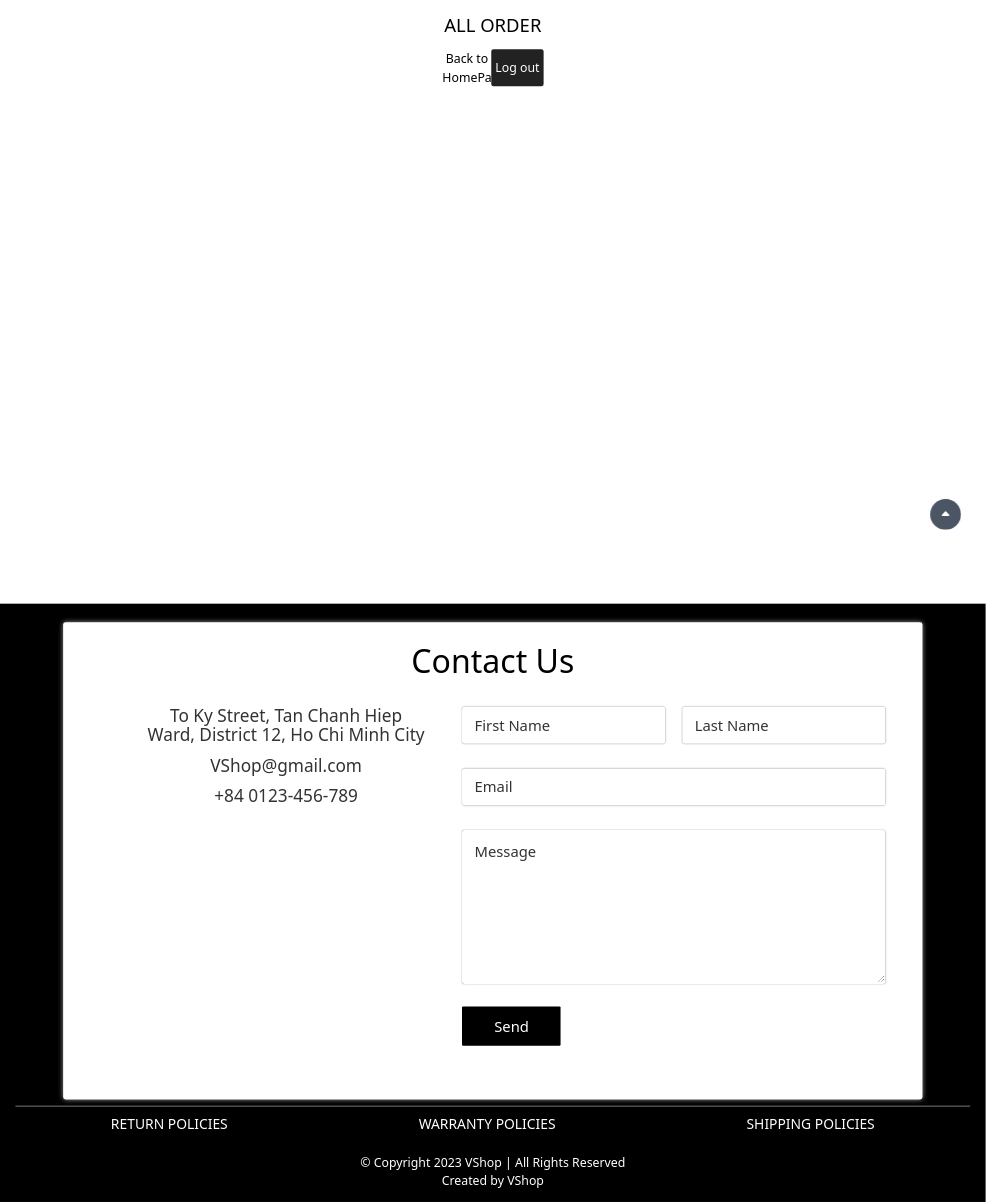
Repository: Kith933UTH/VSHOP
Page: /user
An editor plug-in stored every save of this project. The page is shown before and after the next save, followed by the edit.
The browser window is 1280 px wide. The pictures show the whole page, at 77% of full size.
Pictures or frames that could not be fetched are drawn as grey boxes. The project was rebuilt for these pictures with package versions that can differ from the ones it lists, and the page was loaded fresh each time. Also part of the build but not shown: src/components/product-item/ProductItem.js, src/components/loader/Loader.js, src/constants/constants.js, src/components/product-filters/Category.js, src/components/product-filters/Price.js, src/components/product-filters/Rating.js, src/components/product-filters/ProductFilters.js, src/components/cart-shopping/CartEmpty.js and 24 more.

Above is the page before, as saved 2023-08-05 23:02:14.

### public/index.html
<!DOCTYPE html>
<html lang="en">
  <head>
    <meta charset="utf-8" />
    <link rel="icon" href="./logo.png" />
    <meta name="viewport" content="width=device-width, initial-scale=1" />
    <meta name="theme-color" content="#000000" />
    <meta
      name="description"
      content="Web site created using create-react-app"
    />
    <link rel="apple-touch-icon" href="%PUBLIC_URL%/logo192.png" />
    <!--
      manifest.json provides metadata used when your web app is installed on a
      user's mobile device or desktop. See https://developers.google.com/web/fundamentals/web-app-manifest/
    -->
    <link rel="manifest" href="%PUBLIC_URL%/manifest.json" />
    <!--
      Notice the use of %PUBLIC_URL% in the tags above.
      It will be replaced with the URL of the `public` folder during the build.
      Only files inside the `public` folder can be referenced from the HTML.

      Unlike "/favicon.ico" or "favicon.ico", "%PUBLIC_URL%/favicon.ico" will
      work correctly both with client-side routing and a non-root public URL.
      Learn how to configure a non-root public URL by running `npm run build`.
    -->
    <title>VShop</title>
  </head>
  <body>
    <noscript>You need to enable JavaScript to run this app.</noscript>
    <div id="root"></div>
  </body>
</html>

### src/index.js
import React from 'react'
import ReactDOM from 'react-dom/client'
import App from './App'
import {Provider} from "react-redux"
import {BrowserRouter} from "react-router-dom"
import {store} from "./redux"
import './index.css'

const root = ReactDOM.createRoot(document.getElementById('root'))
root.render(
    <Provider store={store}>
        <BrowserRouter>
            <App />
        </BrowserRouter>
    </Provider>
)

### src/redux/index.js
import {configureStore} from "@reduxjs/toolkit"
import {productsApi} from "./products/products.api"
import {productReducer} from "./products/products.slice"
import {setupListeners} from "@reduxjs/toolkit/query"

export const store = configureStore({
    reducer: {
        [productsApi.reducerPath]: productsApi.reducer,
        product: productReducer
    },
    middleware: getDefaultMiddleware => getDefaultMiddleware().concat(productsApi.middleware)
})

setupListeners(store.dispatch)

### src/index.css
@tailwind base;
@tailwind components;
@tailwind utilities;

@layer utilities {
    input[type="number"]::-webkit-inner-spin-button,
    input[type="number"]::-webkit-outer-spin-button {
        @apply appearance-none;
    }
}

html, body {
    width: 100%;
    height: 100%;
}

body::-webkit-scrollbar,
.box-item::-webkit-scrollbar,
.search-box::-webkit-scrollbar{
    width: 8px;
}

main {
    display: flex;
    flex-direction: column;
    height: 100%;
}

body::-webkit-scrollbar-thumb,
.box-item::-webkit-scrollbar-thumb,
.search-box::-webkit-scrollbar-thumb{
    background-color: #ccc;
    border-radius: 20px;
}

#root {
    height: 100%;
}

body {
    overflow: hidden;
}

.productItem:hover {
    transition: opacity .3s linear;
    opacity: .5;
}

.box-item {
    height: 320px;
    overflow-y: scroll;
}

/* Loader */
.loader-box {
    width: 100px;
    height: 100px;
    display: flex;
    justify-content: center;
    align-items: center;
    margin: 50px auto 0;
}

.loader{
    position: relative;
    width: 70px;
    height: 70px;
}

.loader span {
    position: absolute;
    top:0;
    left: 0;
    width: 100%;
    height: 100%;
    transform: rotate(calc(18deg * var(--i)));
}

.loader span::before {
    content:'';
    position: absolute;
    top: 0;
    left: 0;
    width: 10px;
    height: 10px;
    background: #000;
    border-radius: 50%;
    transform: scale(0);
    animation: animate 2s linear infinite;
    animation-delay: calc(0.1s * var(--i));
}
@keyframes animate {
    0%{
        transform: scale(0);
    }
    10%{
        transform: scale(1.2);
    }
    80%,100%{
        transform: scale(0);
    }
}

### src/context/context.js
import {createContext} from "react"

export const Context = createContext()

### src/components/footer/Footer.js
import React from "react"
import { Contact } from "../contact/Contact"
import { Policy } from "../policy/Policy"
export function Footer() {
    return (
        <footer className='bg-black text-white in-h-fit'>
            {/* <div className='max-w-[1240px] mx-auto py-2 text-sm sm:text-base'>
                <div className='flex justify-center'>
                    <a href='https://github.com/VolodymyrGoshko/react-shop'
                       target='_blank'
                       rel="noreferrer"
                       className='capitalize border-b mb-3 text-base hover:text-gray-300 transition'
                    >
                        view source code on github
                    </a>
                </div>
                <div className='flex justify-center flex-col items-center'>
                    <p className='text-center'>© Copyright 2022 React Shop | All Rights Reserved</p>
                    <a href='https://www.linkedin.com/in/volodymyr-goshko-656ab920b/'
                       target="_blank"
                       rel="noreferrer"
                       className='hover:text-gray-300 transition'
                    >
                        Created by Volodymyr Goshko
                    </a>
                </div>
            </div> */}
            <Contact />
            <Policy />
            <div className='flex justify-center flex-col items-center my-4'>
                    <p className='text-center'>© Copyright 2023 VShop | All Rights Reserved</p>
                    <a href='#' className='hover:text-gray-300 transition' >
                        Created by VShop
                    </a>
                </div>
        </footer>
    )
}

### src/components/btn-scroll/BtnScroll.js
import React from "react"
import {FontAwesomeIcon} from "@fortawesome/react-fontawesome"
import {faCaretUp} from "@fortawesome/free-solid-svg-icons"

export function BtnScroll() {
    const topClick = () => {
        const body = document.querySelector('body').getBoundingClientRect().top + window.scrollY
        window.scroll({
            top: body,
            behavior: 'smooth'
        })
    }

    return (
        <button
            className='fixed bottom-8 right-4 bg-gray-600 text-white rounded-full w-[30px] h-[30px] md:w-[40px] md:h-[40px] md:right-8 md:bottom-8 z-20 shadow-gray-600'
            onClick={topClick}
        >
            <FontAwesomeIcon icon={faCaretUp}/>
        </button>
    )
}

### src/components/user/User.js
import React from "react"
import {useDispatch, useSelector} from "react-redux"
import { useNavigate} from "react-router-dom"
import { OrderItem } from "./OrderItem"
import { toggleLogin } from "../../redux/products/products.slice"

export function User() {
    const dispatch = useDispatch()
    const navigate = useNavigate()
    const {cart, order} = useSelector(state => state.product)
    const totalPrice = (items) => {
        let price = 0
        items.forEach(item => price += item.price * item.quantity)
        return Math.round(price * 100) / 100
    }
    const handleLogOut = () => {
        dispatch(toggleLogin(false))
        navigate('/')
    }
    const handleBack = () => {
        navigate('/')
    }

    return (
        <>
        <div className="text-2xl font-medium text-center py-4">ALL ORDER</div>
        <div className={`min-w-[400px] min-h-screen flex flex-col items-center ${cart.length > 2 ? 'box-item' : ''}`}>
            {!order
            ? 'No order yet'
            : order.map((items, index) =>
            <div key={index} className="border-2 rounded border-black mb-10 w-4/5">
                <div className="text-2xl font-medium pl-2 border-b-2"> Order {index + 1} </div>
                {items.map(item => <OrderItem key={item.id} item={item}/>)}
                <div className='mr-0 sm:mr-4 font-semibold flex justify-end'>
                    <span className='text-base sm:text-xl my-2'>Total:  </span>
                    <span className='text-base sm:text-xl my-2 ml-4'>{totalPrice(items)} $</span>
                </div>
            </div>
            )}
            <div className="flex ">
                <button  className="w-16" onClick={handleBack}>Back to HomePage</button>
                <button id="sub_btn" onClick={handleLogOut}>Log out</button>
            </div>
        </div>
        </>
    )
}

### src/redux/products/products.api.js
import {createApi, fetchBaseQuery} from "@reduxjs/toolkit/query/react"

export const productsApi = createApi({
    reducerPath: 'products/api',
    baseQuery: fetchBaseQuery({
        baseUrl: 'https://fakestoreapi.com'
    }),
    // refetchOnFocus: true,
    endpoints: build => ({
        getProductsAll: build.query({
            query:() => ({
                url: '/products'
            })
        }),
        getProductById: build.query({
            query:(id) => ({
                url: `/products/${id}`
            })
        }),
        getProductByCategory: build.query({
            query:(category) => ({
                url: `/products/category/${category}`
            })
        })
    })
})

export const {
    useGetProductsAllQuery,
    useGetProductByIdQuery,
    useGetProductByCategoryQuery
} = productsApi

### src/components/policy/Policy.js
import React from "react"
import { Link } from "react-router-dom"
export function Policy() {
    return (
        <div className='text-white in-h-fit max-w-[1240px] mx-auto py-2 text-sm sm:text-base flex justify-around items-cente'>
            <Link className='text-lg font-medium text-center' to='/return-policy'>
                RETURN POLICIES
            </Link>
            <Link className='text-lg font-medium text-center' to='/warranty-policy'>
                WARRANTY POLICIES
            </Link>
            <Link className='text-lg font-medium text-center' to='/shipping-policy'>
                SHIPPING POLICIES
            </Link>
        </div>
    )
}

### src/components/login/index.css
/* .m-5-auto {
    margin: 5rem auto
} */

.primary-button {
    margin-top: 5rem;
    margin-right: 1rem;
    padding: .6rem;
    width: 10rem;
    background: #222;
    border: none;
    color: #fff;
    font-size: 1.2rem;
    transition: all .5s;
    cursor: pointer;
    text-transform: capitalize
}

/***    Landing Page     ***/
.main-title,
.main-para {
    color: #f1f1f1
}

.main-title {
    padding-top: 10rem;
    font-size: 5rem;
    font-family: 'Fascinate', cursive;
    text-transform: uppercase
}

.main-para {
    font-size: 2.5rem;
    text-Transform: capitalize
}

#reg_btn span {
    display: inline-block;
    position: relative;
    transition: 0.5s;
}

#reg_btn span:after {
    content: '\00bb';
    position: absolute;
    opacity: 0;
    top: 0;
    right: -20px;
    transition: 0.5s;
}

#reg_btn:hover span {
  padding-right: 25px;
}

#reg_btn:hover span:after {
  opacity: 1;
  right: 0;
}

/***    Login Page     ***/
.login-page h2 {
    font-weight: 700;
    font-size: 1.9rem;
}
.login-page {
    position: fixed;
    top: 0;
    left: 0;
    right: 0;
    bottom: 0;
    z-index: 10;
    background-color: white;
    padding-top: 100px;
}

.login-page form {
    display: inline-block;
    background: #f3f3f3;
    border: 1px solid #ddd;
    border-radius: 2px;
    padding: 2rem;
    margin: 2rem 0 1rem 0
}

.login-page form label {
    float: left;
    font-size: .9rem;
    margin: 0;
    padding: 0
}

.right-label {
    float: right;
    cursor: pointer
}

.login-page input {
    width: 15rem;
    padding: .3rem;
    border-radius: 5px;
    outline: none;
    border: none
}

#sub_btn {
    display: block;
    width: 100%;
    padding: .3rem;
    border: none;
    background: #222;
    color: #fff;
    border-radius: 3px;
}

#sub_btn:hover {
    background: #333;
    transition: all .5s
}

/* footer p {
    margin: 0;
    font-size: .9rem
} */

/***    Register Page     ***/
#checkbox {
    width: 1rem
}

form span {
    font-size: .8rem
}

#reset_pass_lbl {
    float: left
}

/***    Home Page     ***/
.home-page-title {
    color: #222
}


.register-page input {
    width: 15rem;
    padding: .3rem;
    border-radius: 5px;
    outline: none;
    border: none
}

.register-page h2 {
    font-weight: 700;
    font-size: 1.9rem;
}
.register-page {
    position: fixed;
    top: 0;
    left: 0;
    right: 0;
    bottom: 0;
    z-index: 10;
    background-color: white;
    padding-top: 100px;
}

.register-page form {
    display: inline-block;
    background: #f3f3f3;
    border: 1px solid #ddd;
    border-radius: 2px;
    padding: 2rem;
    margin: 2rem 0 1rem 0
}

.register-page form label {
    float: left;
    font-size: .9rem;
    margin: 0;
    padding: 0
}

### src/components/contact/index.css
.contact-section {
    /* height: 96vh; */
    width: 100%;
    border-bottom: 1px solid #999;
}

.form-area {
    position: relative;
    /* height:84vh; */
    width: 100%;
    background: black;
    -webkit-box-sizing: border-box;
    box-sizing: border-box;
}

.form-area .form-wrap {
    /* position: absolute; */
    /* left: 50%;
    -webkit-transform: translateX(-50%);
    -ms-transform: translateX(-50%);
    transform: translateX(-50%); */
    width: 1120px;
    background-color: white;
    background-size: cover;
    background-position: center;
    border-radius: 0.2rem;
    -webkit-box-sizing: border-box;
    box-sizing: border-box;
    -webkit-box-shadow: 0 0 0.4rem 0 #999;
    box-shadow: 0 0 0.4rem 0 #999;
}

.form-wrap .title {
    padding-top: 2.4rem;
    width: 100%;
    -webkit-box-sizing: border-box;
    box-sizing: border-box;
}

.form-wrap .title h1 {
    color: black;
    font-size: 2.6rem;
    text-align: center;
}

.form-wrap .contact-area {
    padding-top: 3rem;
    display: -webkit-box;
    display: -ms-flexbox;
    display: flex;
    width: 100%;
    height: auto;
    -webkit-box-sizing: border-box;
    box-sizing: border-box;
}

.contact-area .contact-info {
    display: flex;
    flex-direction: column;
    justify-content: center;
    align-items: center;
    width: 35%;
    height: 100%;
    margin-left: 6rem;
}

.contact-info>div {
    margin-bottom: 1rem;
    display: -webkit-box;
    display: -ms-flexbox;
    display: flex;
    -webkit-box-align: center;
    -ms-flex-align: center;
    align-items: center;
}

.contact-info>div>p {
    color: #333;
    font-size: 1.4rem;
    font-weight: 500;
    text-align: center;
}

.contact-info>div>span {
    color: #61790a;
    font-size: 2rem;
    margin-right: 0.8rem;
}

.contact-area .contact-form {
    display: -webkit-box;
    display: -ms-flexbox;
    display: flex;
    -webkit-box-orient: vertical;
    -webkit-box-direction: normal;
    -ms-flex-direction: column;
    flex-direction: column;
    width: 60%;
    height: auto;
    padding: 0 3rem;
    -webkit-box-sizing: border-box;
    box-sizing: border-box;
}

.contact-form .name-field {
    display: -webkit-box;
    display: -ms-flexbox;
    display: flex;
    -webkit-box-pack: justify;
    -ms-flex-pack: justify;
    justify-content: space-between;
}

.name-field .input-area {
    width: 48%;
}

.contact-form .input-area {
    position: relative;
    margin-bottom: 2rem;
}

.input-area input {
    height: 3rem;
    width: 100%;
    color: #333;
    font-size: 1.2rem;
    border: 2px solid #fff;
    border-radius: 0.2rem;
    /* background: #eff; */
    -webkit-box-shadow: 0 0 0.1rem #666;
    box-shadow: 0 0 0.1rem #666;
    outline: none;
    padding: 0 1rem;
    -webkit-box-sizing: border-box;
    box-sizing: border-box;
    -webkit-transition: all 0.3s ease;
    -o-transition: all 0.3s ease;
    transition: all 0.3s ease;
}

.input-area label {
    position: absolute;
    top: 50%;
    left: 1rem;
    -webkit-transform: translateY(-50%);
    -ms-transform: translateY(-50%);
    transform: translateY(-50%);
    color: #333;
    font-size: 1.2rem;
    font-weight: 500;
    -webkit-transition: all 0.3s ease;
    -o-transition: all 0.3s ease;
    transition: all 0.3s ease;
}

.input-area input:focus~label,
.input-area input:valid~label {
    top: -0.8rem;
    left: 0;
    color: #fff;
    background: #111;
    border-radius: 5px;
    padding: 0.2rem;
    font-size: 1rem;
}

.contact-form .message-area {
    position: relative;
    -webkit-box-flex: 1;
    -ms-flex: 1 1 auto;
    flex: 1 1 auto;
    height: 200px;
    width: 100%;
}

.message-area textarea {
    height: 100%;
    width: 100%;
    border: 2px solid #fff;
    outline: none;
    font-size: 1.2rem;
    padding: 1rem;
    color: #333;
    -webkit-box-sizing: border-box;
    box-sizing: border-box;
    -webkit-box-shadow: 0 0 0.1rem #666;
    box-shadow: 0 0 0.1rem #666;
    border-radius: 0.2rem;
    resize: vertical;
    -webkit-transition: all 0.3s ease;
    -o-transition: all 0.3s ease;
    transition: all 0.3s ease;
}

.message-area label {
    position: absolute;
    color: #333;
    font-weight: 500;
    font-size: 1.2rem;
    top: 1rem;
    left: 1rem;
    -webkit-transition: all 0.3s ease;
    -o-transition: all 0.3s ease;
    transition: all 0.3s ease;
}

.message-area textarea:focus~label,
.message-area textarea:valid~label {
    top: -1.6rem;
    left: 0;
    color: #fff;
    padding: 0.2rem;
    background: #111;
    font-size: 1rem;
}

.contact-form .btn {
    margin-top: 1.8rem;
}

.contact-form .btn button {
    height: 3.2rem;
    width: 8rem;
    border: none;
    outline: none;
    color: #fff;
    font-size: 1.2rem;
    background: black;
    border-radius: 0.1rem;
    cursor: pointer;
}

#contact.menu-active {
    padding-top: 2rem;
}

### src/components/contact/reponsive.css
@media screen and (min-width: 940px) and (max-width: 1360px) {
    /* .contact-section {
        height: 107vh;
    } */
    .form-area .form-wrap {
        width: 90%;
        height: 620px;
    }
}

@media screen and (max-width: 1040px) {
    .contact-area .contact-info {
        margin-left: 0;
        display: flex;
        flex-direction: column;
        justify-content: center;
        align-items: center;
    }

    .contact-area .contact-form {
        padding: 0 1.8rem;
    }

}



@media screen and (max-width: 940px) {
    /* .contact-section {
        height: 148vh;
    } */

    .form-area .form-wrap {
        padding-bottom: 3.6rem;
        width: 80%;
        height: auto;
    }

    .form-wrap .contact-area {
        -webkit-box-orient: vertical;
        -webkit-box-direction: normal;
        -ms-flex-direction: column;
        flex-direction: column;
        -webkit-box-pack: center;
        -ms-flex-pack: center;
        justify-content: center;
    }

    .contact-area .contact-info {
        width: 100%;
    }

    .contact-area .contact-form {
        width: 100%;
        padding: 1rem 4rem 0 4rem;
    }
}

/*
@media screen and (max-width: 836px) {
    .contact-section {
        min-height: 96vh;
    }
} */

@media screen and (max-width: 770px) {
    .contact-section {
        height: 1100px;
    }

    .form-area .form-wrap {
        width: 88%;
        height: auto;
    }
}

@media screen and (max-width: 680px) {
    .contact-section {
        height: 1100px;
    }


    .form-area .form-wrap {
        /* top: -82%; */
        width: 88%;
        height: auto;
    }

}


@media screen and (max-width: 490px) {
    .contact-section {
        height: 1100px;
    }

    .contact-area .contact-info {
        width: 88%;
        margin-left: 1.2rem;
    }

    .form-area .form-wrap {
        /* top: -82%; */
        width: 88%;
        height: auto;
    }

    .contact-info>div>p {
        font-size: 1.2rem;
    }

    .contact-area .contact-form {
        margin-top: 1.4rem;
        padding: 0 1.2rem;
    }

}

@media screen and (max-width: 390px) {
    .contact-section {
        height: 1130px;
    }

    .contact-area .contact-info {
        width: 80%;
        /* margin-left: 1.2rem; */
    }

    .form-area .form-wrap {
        width: 90%;
        height: auto;
    }

    .contact-info>div>p {
        font-size: 1.2rem;
    }

    .contact-area .contact-form {
        width: 100%;
        padding: 1rem 1rem 0 1rem;
    }
}


@media screen and (max-width: 340px) {
    .contact-section {
        height: 980px;
    }

    .form-area .form-wrap {
        top: -86%;
        width: 96%;
    }

    .contact-area  {
        width: 100%;
    }

    .contact-area .contact-info {
        width: 100%;
        margin-left: 1rem;
    }

    .form-wrap .title h1 {
        font-size: 2rem;
    }

    .contact-info>h2 {
        font-size: 1.6rem;
    }

    .contact-info>div>p {
        font-size: 1rem;
    }

    .contact-info>div>span {
        font-size: 1.2rem;
    }

    .input-area label {
        font-size: 1rem;
    }

    .message-area label {
        font-size: 1rem;
    }

}

Loaded but not shown: tailwind.config.js (common file); src/components/contact/Contact.js (66 lines, source omitted); src/App.js (50 lines, source omitted); src/redux/products/products.slice.js (72 lines, source omitted)

After the next save:
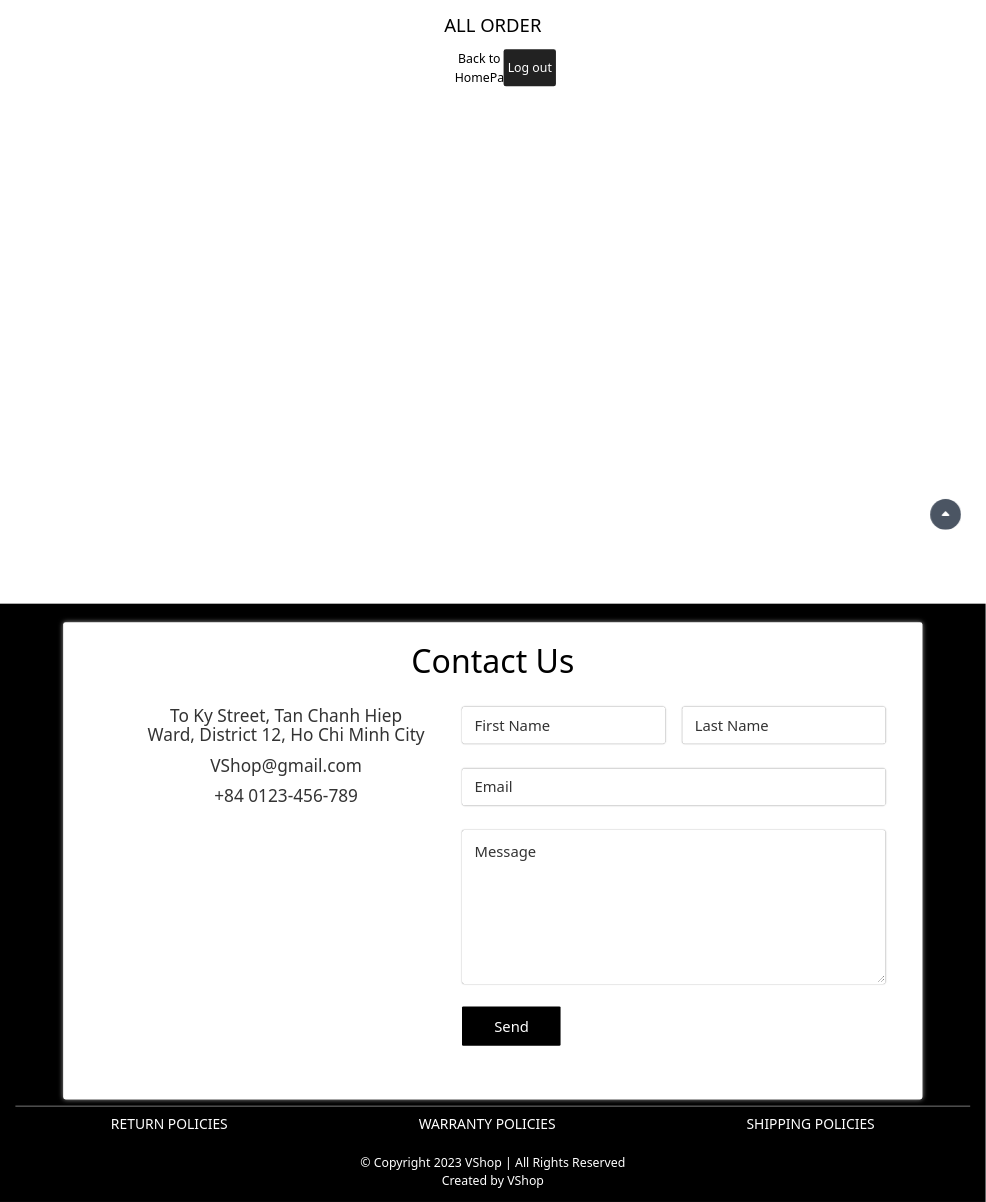
Saved 29 s later.
--- a/src/components/user/User.js
+++ b/src/components/user/User.js
@@ -38,7 +38,7 @@ export function User() {
             </div>
             )}
             <div className="flex ">
-                <button  className="w-16" onClick={handleBack}>Back to HomePage</button>
+                <button  className="w-16 ml-8" onClick={handleBack}>Back to HomePage</button>
                 <button id="sub_btn" onClick={handleLogOut}>Log out</button>
             </div>
         </div>
